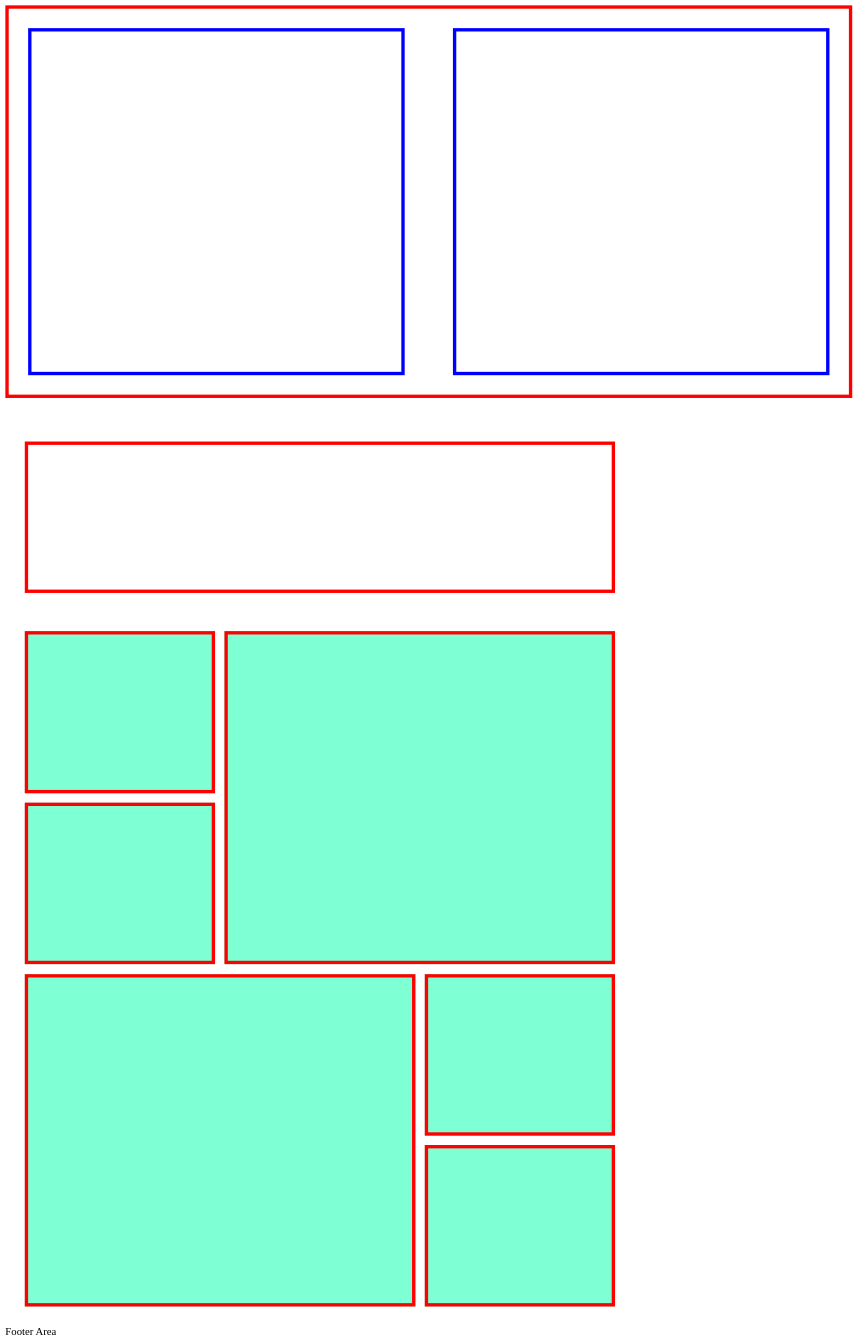
Repository: BwesewB/Brutalist-Website
Page: /
The author's editor kept a copy of each file at every save. The page is drawn from the files as they stood at one save, then again after the next save.
The browser window is 1280 px wide. The pictures show the whole page, at 67% of full size.
The project was rebuilt for these pictures with package versions that can differ from the ones it lists, and the page was loaded fresh each time. The framework's server and built-in components were replaced by stand-ins that run in the browser. Also part of the build but not shown: next.config.mjs.

Above is the page before, as saved 2024-02-03 17:52:32.

After the next save:
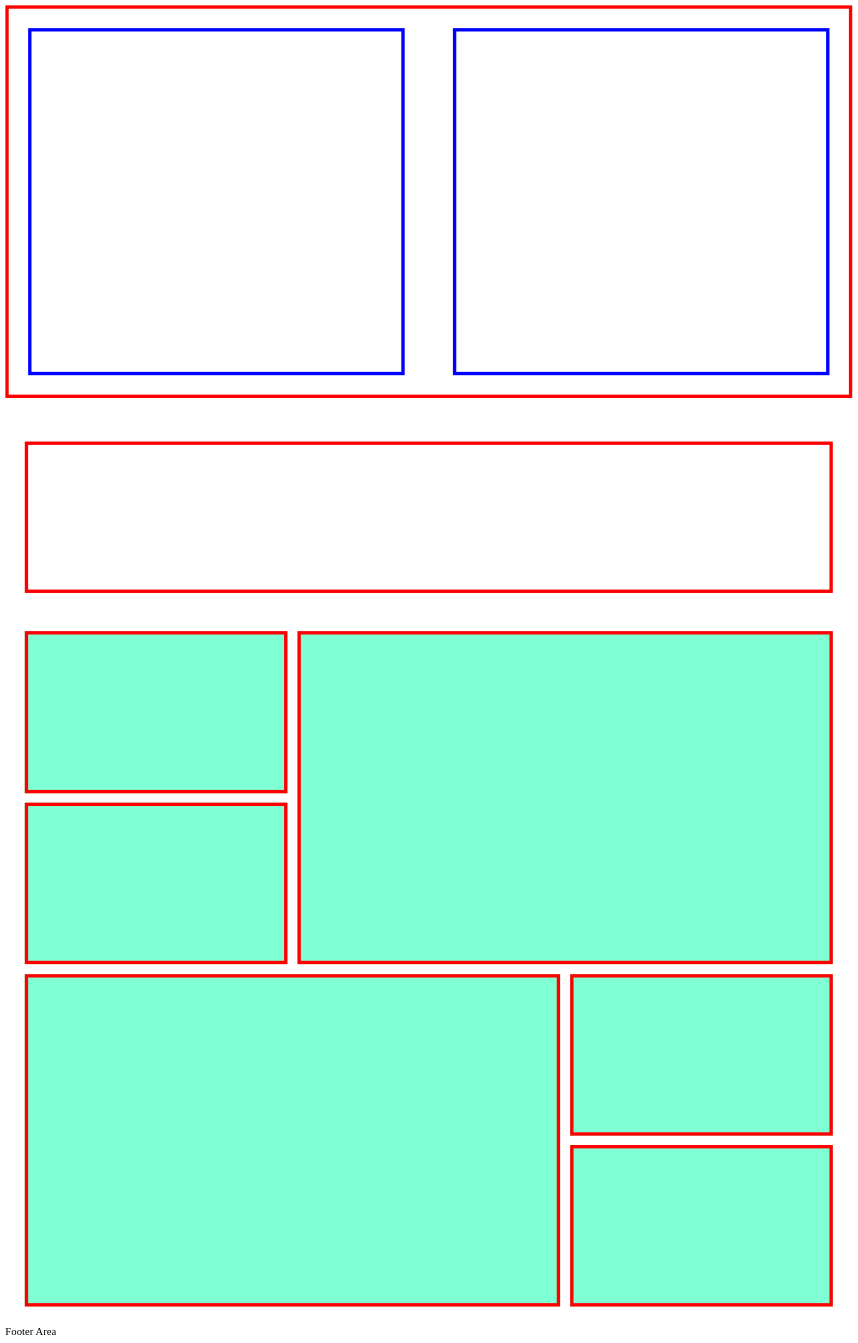
Saved 15 s later.
--- a/styles/Home.module.css
+++ b/styles/Home.module.css
@@ -53,7 +53,7 @@
 
 /*---------------------------------------------------------------------------------------------------------*/
 .bottomDisplay{
-  grid-column: 1/4;
+  grid-column: 1/5;
 }
 .displayArea {
   grid-column: 1/4;
